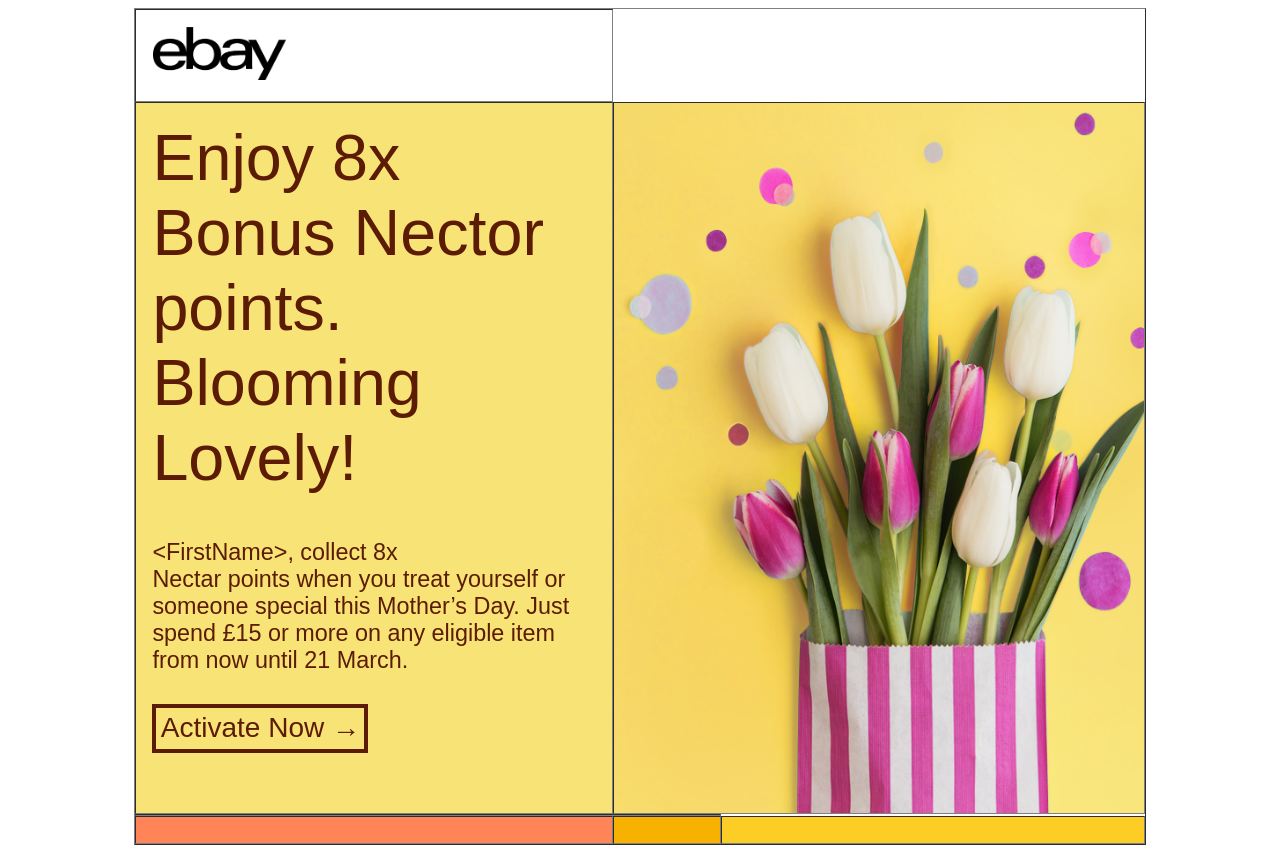
Repository: AnkurDevv/feed-dev-test
Page: index.html
These files come from the project's save history. The page is drawn as it stood at one moment and after the next save; the edit follows.
The browser window is 1280 px wide. The pictures show the whole page.

Above is the page before, as saved 2020-03-29 14:54:42.

### index.html
<!DOCTYPE html>
<!--[if lt IE 7]>      <html class="no-js lt-ie9 lt-ie8 lt-ie7"> <![endif]-->
<!--[if IE 7]>         <html class="no-js lt-ie9 lt-ie8"> <![endif]-->
<!--[if IE 8]>         <html class="no-js lt-ie9"> <![endif]-->
<!--[if gt IE 8]><!-->
<html>
<!--<![endif]-->

<head>
  <meta charset="utf-8">
  <meta http-equiv="X-UA-Compatible" content="IE=edge">
  <title></title>
  <meta name="description" content="">
  <meta name="viewport" content="width=device-width, initial-scale=1">
  <link rel="stylesheet" href="./style/index.css">
</head>

<body>
  <table border="1" cellpadding="0" cellspacing="0" height="100%" width="80%" id="bodyTable">

    <!-- HEADER ROW - START  -->
    <tr>
      <td>
        <table cellpadding="5" cellspacing="12" width="100%" align="left" border="0" id="EmailHeader">
          <tr>
            <td valign="middle" id="EmailHeading">
              <img src="img/logo.png" alt="ebay-logo" id="ebay-logo">
            </td>
          </tr>
        </table>
      </td>
    </tr>
    <!-- HEADER ROW - START  -->

    <!-- HERO BODY - START  -->
    <tr cellpadding="4" cellspacing="12" width="100%" border="1" id="HeroBodyWrapper">

      <!-- HERO CONTENT -START -->
      <td id="heroContentWrapper">
        <table cellpadding="4" cellspacing="12" width="100%" align="left" border="0" id="heroContent">
          <!-- HERO MAIN HEADLINE - START -->
          <tr>
            <td id="heroMainHeading">
              Enjoy 8x Bonus Nector points.<br>
              Blooming<br>
              Lovely!
            </td>
          </tr>
          <!-- HERO MAIN HEADLINE - END -->

          <!-- HERO SUB-HEADING - START -->
          <tr>
            <td id="heroSubHeading">
              &lt;FirstName&gt;, collect 8x </br> Nectar points when you treat yourself or someone special this Mother’s
              Day.
              Just
              spend £15 or more on any eligible item from now until 21 March.
            </td>
          </tr>
          <!-- HERO SUB-HEADING - END -->

          <!-- HERO CTA - START -->
          <tr id="heroCTAContainer">
            <td>
              <button id="heroCTA">
                Activate Now <strong>&rarr;</strong>
              </button>
            </td>
          </tr>
          <!-- HERO CTA - END -->
        </table>
      </td>
      <!-- HERO CONTENT - END -->

      <!-- HERO SECTION IMAGE FOR DESKTOP - START -->
      <td id="HeroImageContainer" colspan="2">
      </td>
      <!-- HERO SECTION IMAGE FOR DESKTOP - END -->

      <!-- HERO BODY - END  -->

      <!-- HERO & EVERDAY ESSENTIALS DIVIDER - START -->
    <tr id="RibbionContainer">
      <td id="RibbionCell" colspan="2">
        <!-- <table id="RibbionTable"> -->
    <tr>
      <!-- Rectangle 1 -->
      <td id="Rectangle1"></td>
      <!-- Rectangle 2 -->
      <td id="Rectangle2"></td>
      <!-- Rectangle 3 -->
      <td id="Rectangle3"></td>
    </tr>
    <!-- </table> -->
    </td>
    <!-- HERO & EVERDAY ESSENTIALS DIVIDER - END -->
    </tr>
  </table>

  <script src="" async defer></script>
</body>

</html>

### style/index.css
/* HEADER CSS - START */

#bodyTable{
  margin-left: 10%;
  margin-right: 10%;
}

#ebay-logo{
  width: 30%;
}
/* HEADER CSS - END */

/* HERO BODY CSS - START */
#heroContentWrapper{
  background-color: #f7e376;
}

#heroMainHeading{
  color: #5c1b05!important;
  font-size: 404%;
  font-family: sans-serif;
  padding-bottom: 6%;
}

#heroSubHeading{
  color: #5c1b05!important;
  font-family: sans-serif;
  font-size: 146%;
  padding-bottom: 3%;
}

#HeroImageContainer{
  padding: 0;
  width: 49%;
  background-image:url('/img/HeroDesktopBg.png');
  background-size: 100% 100%;
  background-repeat: no-repeat;
}

#HeroDesktopBg{
  width: 100%;
  height: 100%;
  display: block; /*otherwise it wont occupy the whole container*/
}

#HeroMobileBgContainer{
  display: none;
}

#heroMobileBackGround{
  background-image:url('/img/HeroDesktopBg.png');
  background-size: 100% 100%;
  background-repeat: no-repeat;
}

#heroCTA{
  border: 4px solid #5c1b05;
  color: #5c1b05;
  background: #f7e376;
  font-family: sans-serif;
  font-size: 175%;
  padding: 1%;
  margin-bottom: 10%;
}
/* HERO BODY CSS - END */

/* HERO DIVIDER CSS - START */
#dividerContainer{
  height: 45px;
}

 #Rectangle1{
  background-color: #ff8559;
  width: 44%;
  height: 26px;
}
#Rectangle2{
  background-color: #f7b100;
  height: 100%;
  width:10% ;
}
#Rectangle3{
  background-color: #fbcd25;
}

/* HERO DIVIDER CSS - END */

/* MAKING EMAIL RESPONSIVE CSS - START */
@media screen and (max-width: 960px) {
  /* #HeroImageContainer{
    display: none;
  } */
  /* shifting the image for smaller screens here */
  /* #HeroMobileBgContainer{
    display: table-cell;
  } */
  #dividerContainerDesktop{
    display: none;
  }
  #HeroBodyWrapper{
    display: flex;
    flex-direction: column;
  }
  #HeroImageContainer{
    width: 100%;
    height: 221px;
  }
  #dividerForMobile{
    display: table-cell;
  }
}
/* MAKING EMAIL RESPONSIVE CSS - END */

After the next save:
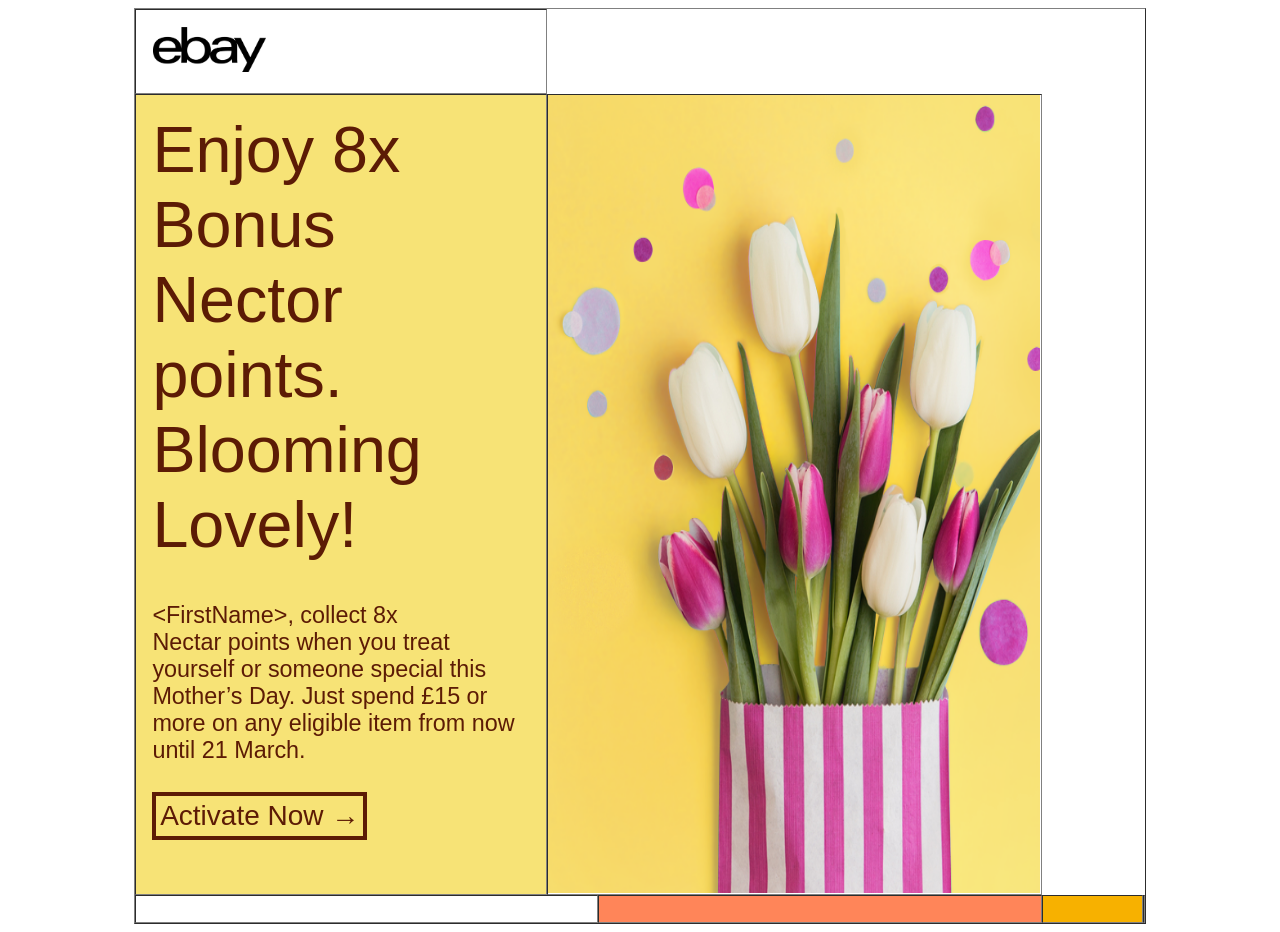
Saved 77 s later.
--- a/index.html
+++ b/index.html
@@ -83,17 +83,17 @@
     <tr id="RibbionContainer">
       <td id="RibbionCell" colspan="2">
         <!-- <table id="RibbionTable"> -->
-    <tr>
-      <!-- Rectangle 1 -->
+        <!-- <tr> -->
+        <!-- Rectangle 1 -->
       <td id="Rectangle1"></td>
       <!-- Rectangle 2 -->
       <td id="Rectangle2"></td>
       <!-- Rectangle 3 -->
       <td id="Rectangle3"></td>
-    </tr>
-    <!-- </table> -->
-    </td>
-    <!-- HERO & EVERDAY ESSENTIALS DIVIDER - END -->
+      <!-- </tr> -->
+      <!-- </table> -->
+      </td>
+      <!-- HERO & EVERDAY ESSENTIALS DIVIDER - END -->
     </tr>
   </table>
 
